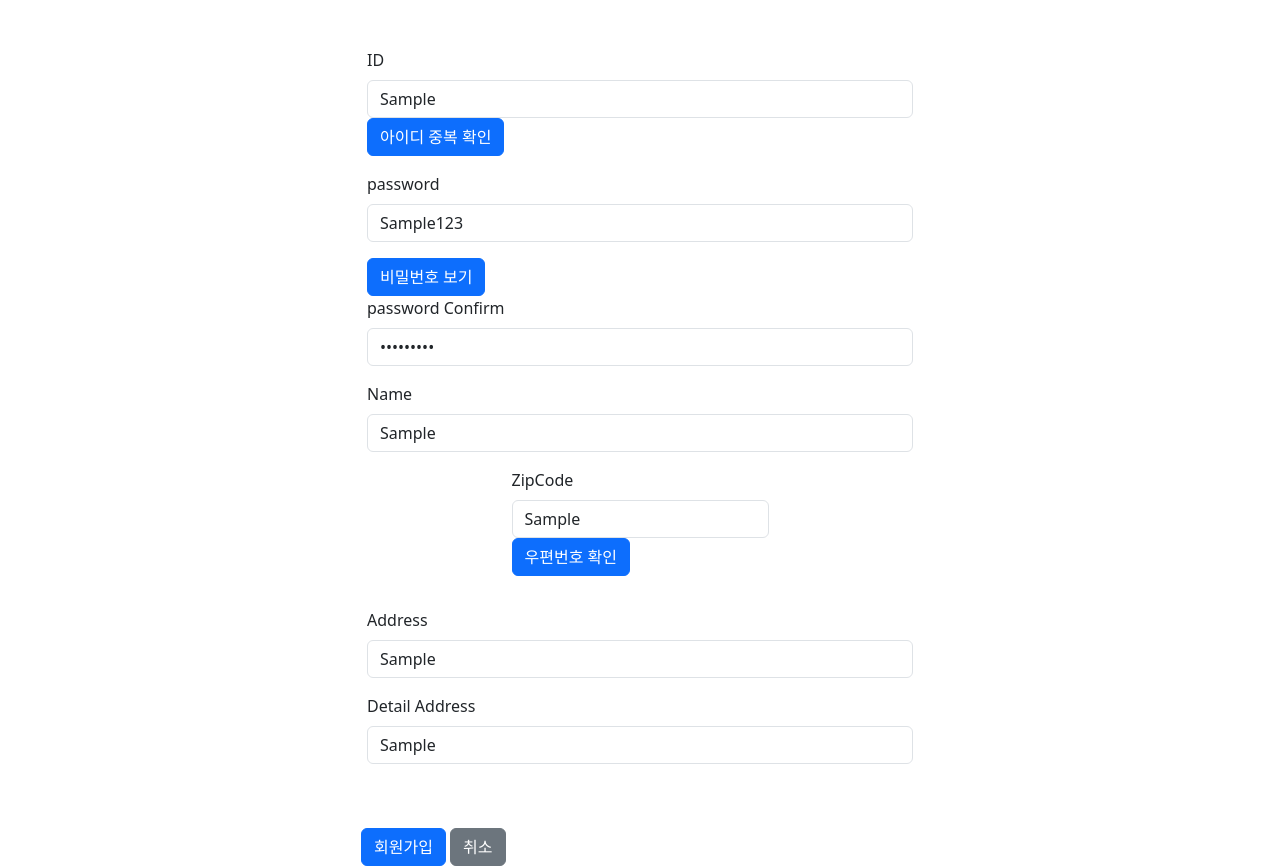
Repository: 2JISUN/hta-lecture-basic
Page: http://localhost/jsp04/member/insert.jsp
These files come from the project's save history. The page is drawn as it stood at one moment and after the next save; the edit follows.
The browser window is 1280 px wide. The pictures show the whole page.
Empty fields were first filled with sample values (such as "Sample", 5 or name@example.com).
After loading, the first visible `#btnShowPassword` was clicked once.
The page is served by Tomcat 10.

Above is the page before, as saved 2023-09-18 07:21:27.

After the next save:
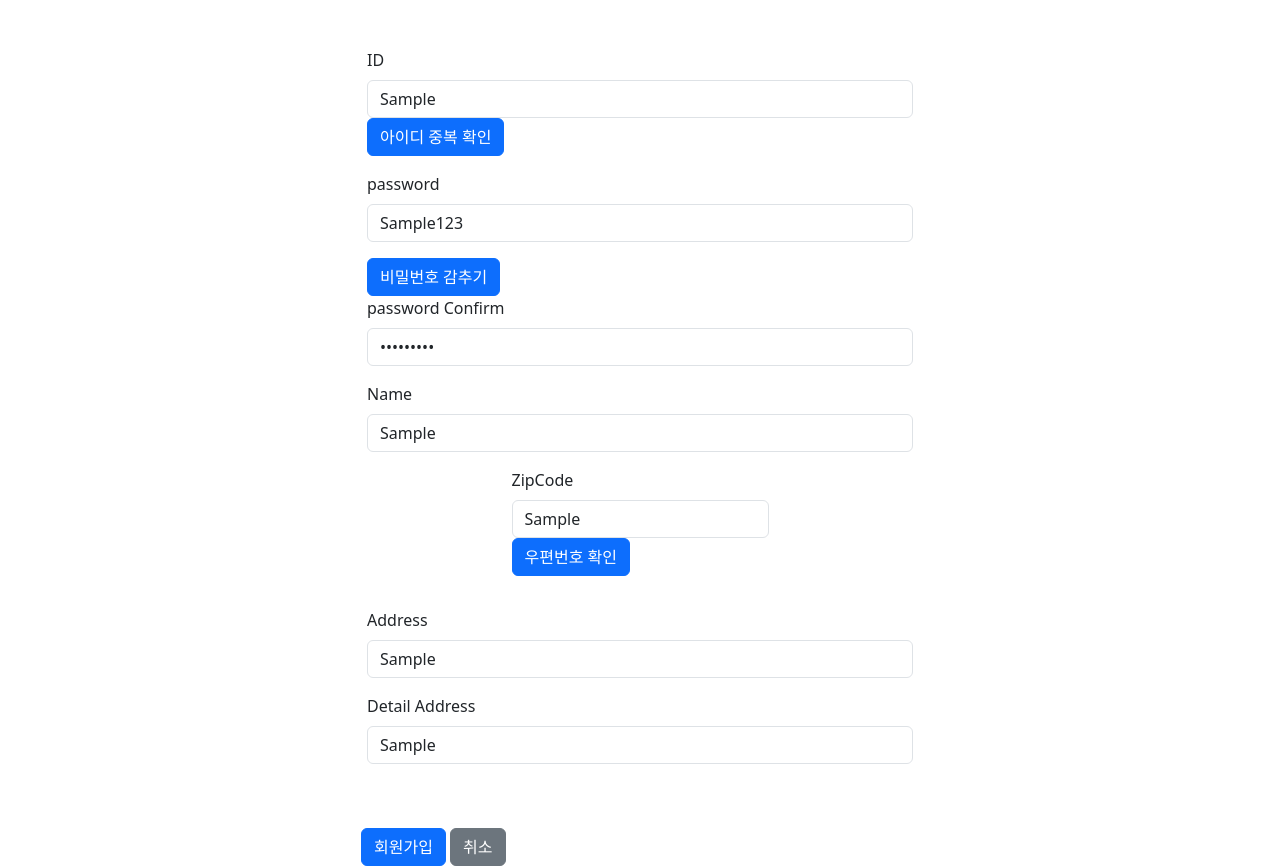
Saved 43 s later.
--- a/jsp-lecture/jsp04/src/main/webapp/member/insert.jsp
+++ b/jsp-lecture/jsp04/src/main/webapp/member/insert.jsp
@@ -250,9 +250,10 @@
 		$("#btnShowPassword").on("click", function(){
 			if($("#userPW").attr("type")==="password"){
 				$("#userPW").attr("type","text");
-				$("#userPW").text("비밀번호 감추기");
+				$("#btnShowPassword").text("비밀번호 감추기");
 			} else {
 				$("#userPW").attr("type","password");
+				$("#btnShowPassword").text("비밀번호 보기");
 			}
 			return false;
 		})
